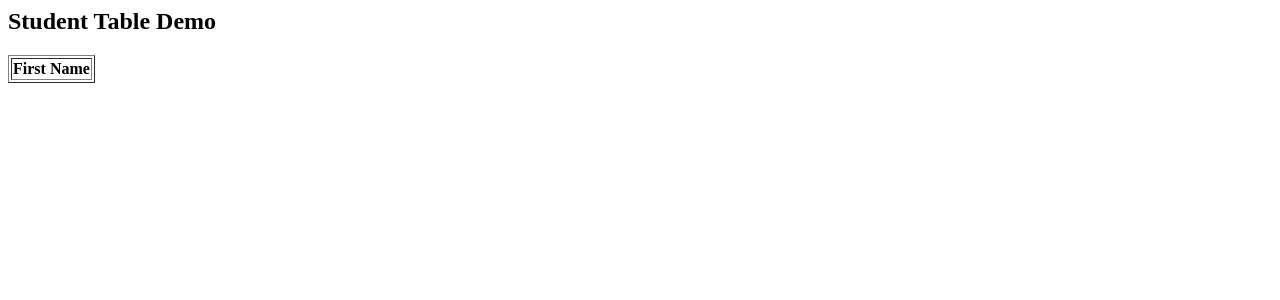
Repository: linhphan98/JavaDatabase
Page: http://localhost/MVCdemo/MvcDemoServlet
The author's editor kept a copy of each file at every save. The page is drawn from the files as they stood at one save, then again after the next save.
The browser window is 1280 px wide. The pictures show the whole page.
The page is served by Tomcat 9. Other server files are loaded and not shown.

Above is the page before, as saved 2020-01-15 17:38:09.

### MVCdemo/WebContent/view_student_mvc.jsp
<%@ taglib uri="http://java.sun.com/jsp/jstl/core" prefix = "c" %>

<html>
	<body>
	<h2>Student Table Demo</h2>
	<table border="1">
		<tr>
			<th>First Name</th>
		</tr>
		<c:forEach var="tempStudent" items="${Student_List}">
			${tempStudent}<br/>
		</c:forEach>
	</table>

	</body>
</html>

### MVCdemo/src/com/mvcStudent/MvcDemoServlet.java
package com.mvcStudent;

import java.util.List;
import java.io.IOException;

import javax.servlet.RequestDispatcher;
import javax.servlet.ServletException;
import javax.servlet.annotation.WebServlet;
import javax.servlet.http.HttpServlet;
import javax.servlet.http.HttpServletRequest;
import javax.servlet.http.HttpServletResponse;

/**
 * Servlet implementation class MvcDemoServlet
 */
@WebServlet("/MvcDemoServlet")
public class MvcDemoServlet extends HttpServlet {
	private static final long serialVersionUID = 1L;

    /**
     * @see HttpServlet#HttpServlet()
     */
    public MvcDemoServlet() {
        super();
        // TODO Auto-generated constructor stub
    }

	/**
	 * @see HttpServlet#doGet(HttpServletRequest request, HttpServletResponse response)
	 */
	protected void doGet(HttpServletRequest request, HttpServletResponse response) throws ServletException, IOException {
		// Step 1: Get the student data from helper class (model)
		List<Student> students = StudentDataUtil.getStudent();

		// Step 2: Add students to request object
		request.setAttribute("student_list", students);

		// Step 3: get request dispatcher
		RequestDispatcher dispatcher = request.getRequestDispatcher("/view_student_mvc.jsp");

		// Step 4: now forward to JSP
		dispatcher.forward(request, response);
	}

	/**
	 * @see HttpServlet#doPost(HttpServletRequest request, HttpServletResponse response)
	 */
	protected void doPost(HttpServletRequest request, HttpServletResponse response) throws ServletException, IOException {
		// TODO Auto-generated method stub
		doGet(request, response);
	}

}

### MVCdemo/src/com/mvcStudent/StudentDataUtil.java
package com.mvcStudent;

import java.util.ArrayList;
import java.util.List;

public class StudentDataUtil {
	public static List<Student> getStudent(){

		// create an empty list
		List<Student> students = new ArrayList<>();

		// add sample data
		students.add(new Student("Mary", "Public", "mary@gmail.com"));
		students.add(new Student("John", "Doe", "john@gmail.com"));
		students.add(new Student("Ajay", "Rao", "ajay@gmail.com"));

		// return the list
		return students;
	}
}

### MVCdemo/src/com/mvcStudent/Student.java
package com.mvcStudent;

public class Student {
	private String firstName, lastName, email;

	public Student(String firstName, String lastName, String email) {
		super();
		this.firstName = firstName;
		this.lastName = lastName;
		this.email = email;
	}

	public String getFirstName() {
		return firstName;
	}

	public void setFirstName(String firstName) {
		this.firstName = firstName;
	}

	public String getLastName() {
		return lastName;
	}

	public void setLastName(String lastName) {
		this.lastName = lastName;
	}

	public String getEmail() {
		return email;
	}

	public void setEmail(String email) {
		this.email = email;
	}


}

After the next save:
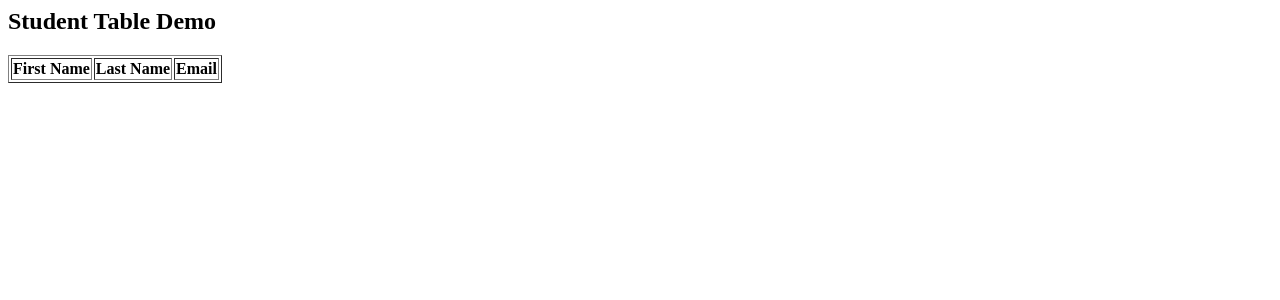
Saved 8 s later.
--- a/MVCdemo/WebContent/view_student_mvc.jsp
+++ b/MVCdemo/WebContent/view_student_mvc.jsp
@@ -6,6 +6,8 @@
 	<table border="1">
 		<tr>
 			<th>First Name</th>
+			<th>Last Name</th>
+			<th>Email</th>
 		</tr>
 		<c:forEach var="tempStudent" items="${Student_List}">
 			${tempStudent}<br/>
